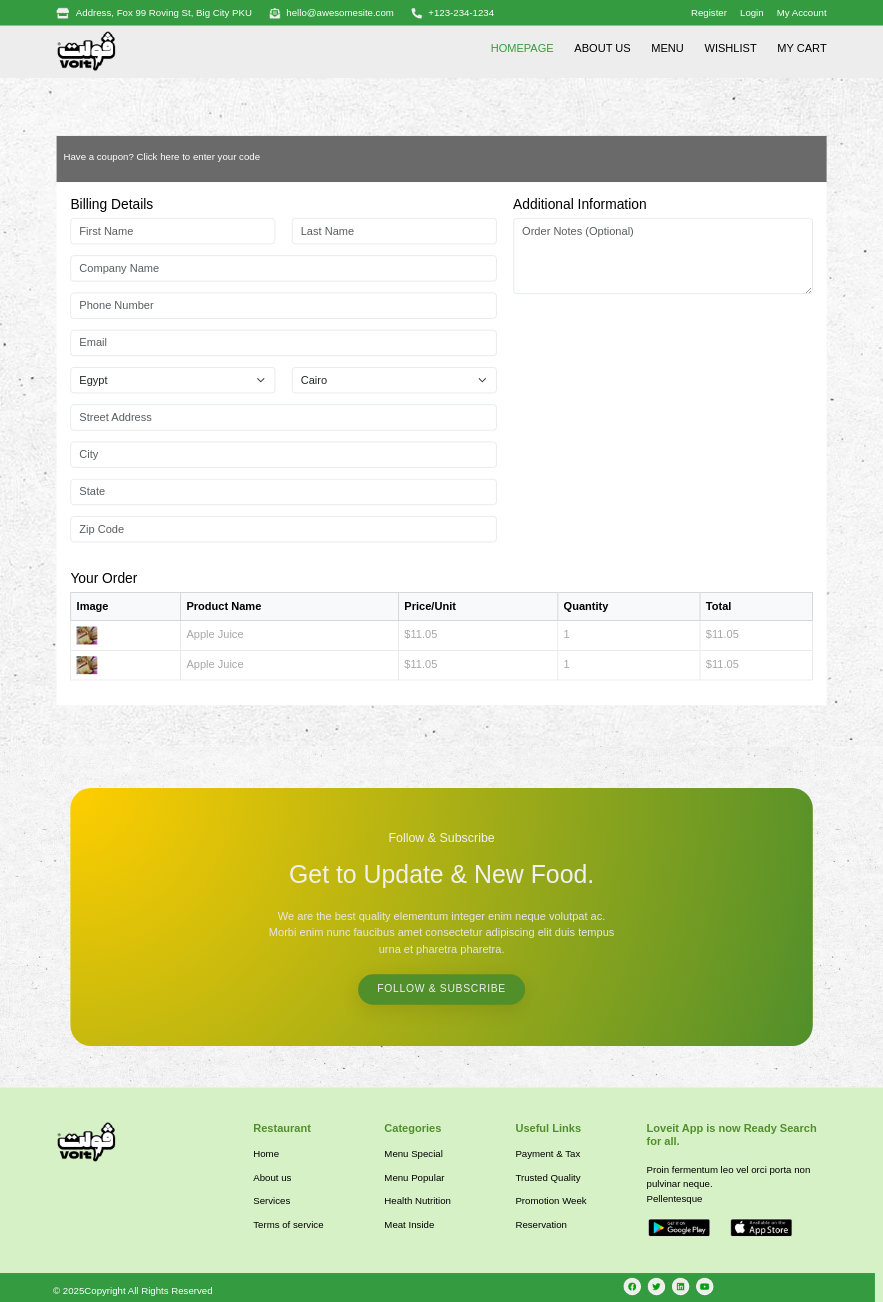
Repository: junivig/volt-new-project
Page: checkout.html
The author's editor kept a copy of each file at every save. The page is drawn from the files as they stood at one save, then again after the next save.
The browser window is 1280 px wide. The pictures show the whole page, at 69% of full size.

Above is the page before, as saved 2025-02-07 13:06:44.

After the next save:
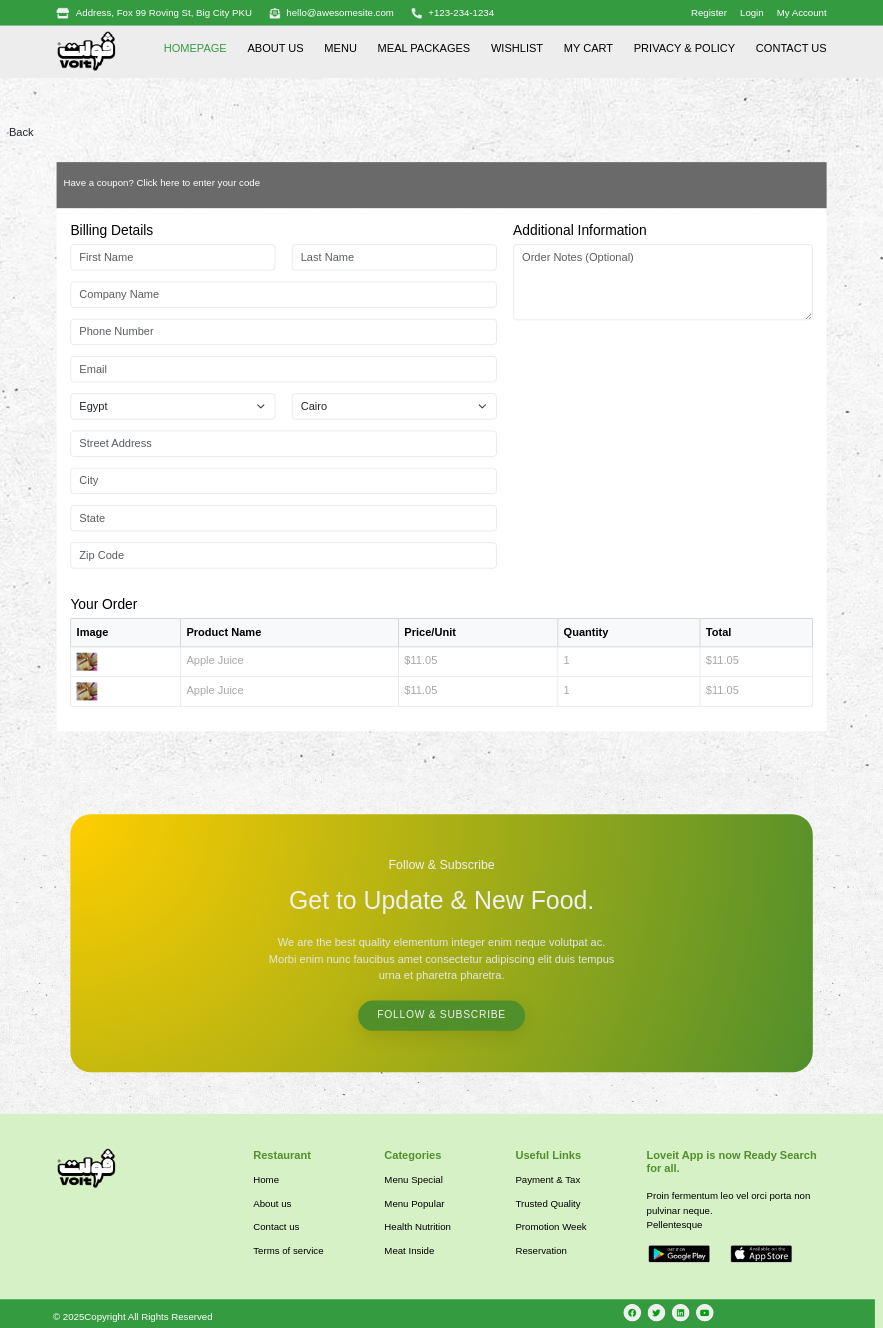
Saved 5 min 25 s later.
--- a/checkout.html
+++ b/checkout.html
@@ -61,9 +61,9 @@
                 </nav>
               </div>
               <div class="col-md-4 text-end">
-                  <a href="#" >Register</a>
-                  <a href="#">Login</a>
-                  <a href="#">My Account</a>
+                  <a href="auth.html" >Register</a>
+                  <a href="auth.html">Login</a>
+                  <a href="my-account.html">My Account</a>
               </div>
           </div>
         </div>
@@ -80,8 +80,11 @@
           <li><a href="index.html" class="active">HOMEPAGE</a></li>
           <li><a href="about.html">ABOUT US</a></li>
           <li><a href="menu.html">MENU</a></li>
-          <li><a href="#">WISHLIST</a></li>
+          <li><a href="meal-packages.html">MEAL PACKAGES</a></li>
+          <li><a href="wishlist.html">WISHLIST</a></li>
           <li><a href="cart.html">MY CART</a></li>
+          <li><a href="privacy-and-policy.html">PRIVACY & POLICY</a></li>
+          <li><a href="contact.html">CONTACT US</a></li>
           <!-- <li class="dropdown"><a href="#"><span>Dropdown</span> <i class="bi bi-chevron-down toggle-dropdown"></i></a>
             <ul>
               <li><a href="#">Dropdown 1</a></li>
@@ -112,7 +115,8 @@
 
 
         <!-- Checkout Section -->
-        <section id="testimonials" class="testimonials section light-background bg-image">
+        <section id="testimonials" class="testimonials section-inner light-background bg-image">
+          <a href="cart.html"><button class="btn btn-back">Back</button></a>
           <div class="container mt-4">
             <div class="coupon-section">
                 <p>Have a coupon? Click here to enter your code</p>
@@ -201,104 +205,19 @@
 
   </main>
 
-
-
-
-
  <!-- /Subscribe Footer Section -->
- <section class="bg-image">
-  <div class="footer-newsletter">
-    <div class="container">
-      <div class="row justify-content-center text-center">
-        <div class="col-lg-6">
-          <p class="footer-newsletter-sub-heading">Follow & Subscribe</p>
-          <h4 class="footer-newsletter-heading">Get to Update & New Food.</h4>
-          <p class="footer-newsletter-text">We are the best quality elementum integer enim neque volutpat ac. Morbi enim nunc
-            faucibus amet consectetur adipiscing elit duis tempus urna et pharetra pharetra.</p>
-            <div class="mt-4">
-            <a href="#about" class="subscribe-button">FOLLOW & SUBSCRIBE</a>
-          </div>
-        </div>
-      </div>
-    </div>
-  </div>
-</section><!-- /Subscribe Footer Section -->
-
-  <footer id="footer" class="footer">
-
-
-
-    <div class="container footer-top">
-      <div class="row gy-4">
-        <div class="col-lg-3 col-md-6 footer-about">
-          <a href="index.html" class="logo d-flex align-items-center me-auto">
-            <img src="assets/img/logo.png" alt="Logo Image">
-          </a>
-
-        </div>
-
-        <div class="col-lg-2 col-md-3 footer-links">
-          <h4 class="footer-pages-heading">Restaurant</h4>
-          <ul>
-            <li> <a href="#">Home</a></li>
-            <li> <a href="#">About us</a></li>
-            <li> <a href="#">Services</a></li>
-            <li> <a href="#">Terms of service</a></li>
-          </ul>
-        </div>
-
-        <div class="col-lg-2 col-md-3 footer-links">
-          <h4 class="footer-pages-heading">Categories</h4>
-          <ul>
-            <li> <a href="#">Menu Special</a></li>
-            <li> <a href="#">Menu Popular</a></li>
-            <li> <a href="#">Health Nutrition</a></li>
-            <li> <a href="#">Meat Inside</a></li>
-          </ul>
-        </div>
-        <div class="col-lg-2 col-md-3 footer-links">
-          <h4 class="footer-pages-heading">Useful Links</h4>
-          <ul>
-            <li> <a href="#">Payment & Tax</a></li>
-            <li> <a href="#">Trusted Quality</a></li>
-            <li> <a href="#">Promotion Week</a></li>
-            <li> <a href="#">Reservation</a></li>
-          </ul>
-        </div>
-
-        <div class="col-lg-3 col-md-12">
-          <h4 class="footer-pages-heading">Loveit App is now Ready Search for all.</h4>
-          <p>Proin fermentum leo vel orci porta non pulvinar neque. <br> Pellentesque</p>
-          <div class="row">
-            <div class="col-lg-5 col-md-6 col-sm-12">
-              <img src="assets/img/android.png" alt="Google Play Image" class="mobile-app-image">
-           </div>
-           <div class="col-lg-5 col-md-6 col-sm-12">
-            <img src="assets/img/apple.png" alt="Apple Store Image" class="mobile-app-image">
-         </div>
-        </div>
-
-      </div>
-    </div>
-    </div>
-    <div class="row copyright mt-4">
-      <div class="row">
-      <div class="col-lg-6 col-md-12 col-sm-12">
-        <p class="mt-2">© 2025<span>Copyright All Rights Reserved</span></p>
-      </div>
-      <div class="col-lg-3 col-md-12 col-md-12">
-      </div>
-      <div class="col-lg-3 col-md-12 col-md-12 social-media-icons">
-        <div class="social-links d-flex text-end">
-          <a href=""><img src="assets/img/facebook.png" alt="Logo Image"></a>
-          <a href=""><img src="assets/img/twitter.png" alt="Logo Image"></a>
-          <a href=""><img src="assets/img/linkedin.png" alt="Logo Image"></i></a>
-          <a href=""><img src="assets/img/youtube.png" alt="Logo Image"></i></a>
-        </div>
-      </div>
-      </div>
-    </div>
-  </footer>
+  <!-- Footer will be loaded here -->
+  <div id="footer-placeholder"></div>
+
+  <script>
+    // Load footer.html into the placeholder div
+    fetch("footer.html")
+        .then(response => response.text())
+        .then(data => {
+            document.getElementById("footer-placeholder").innerHTML = data;
+        })
+        .catch(error => console.error("Error loading footer:", error));
+</script>
 
   <!-- Scroll Top -->
   <a href="#" id="scroll-top" class="scroll-top d-flex align-items-center justify-content-center"><i class="bi bi-arrow-up-short"></i></a>
